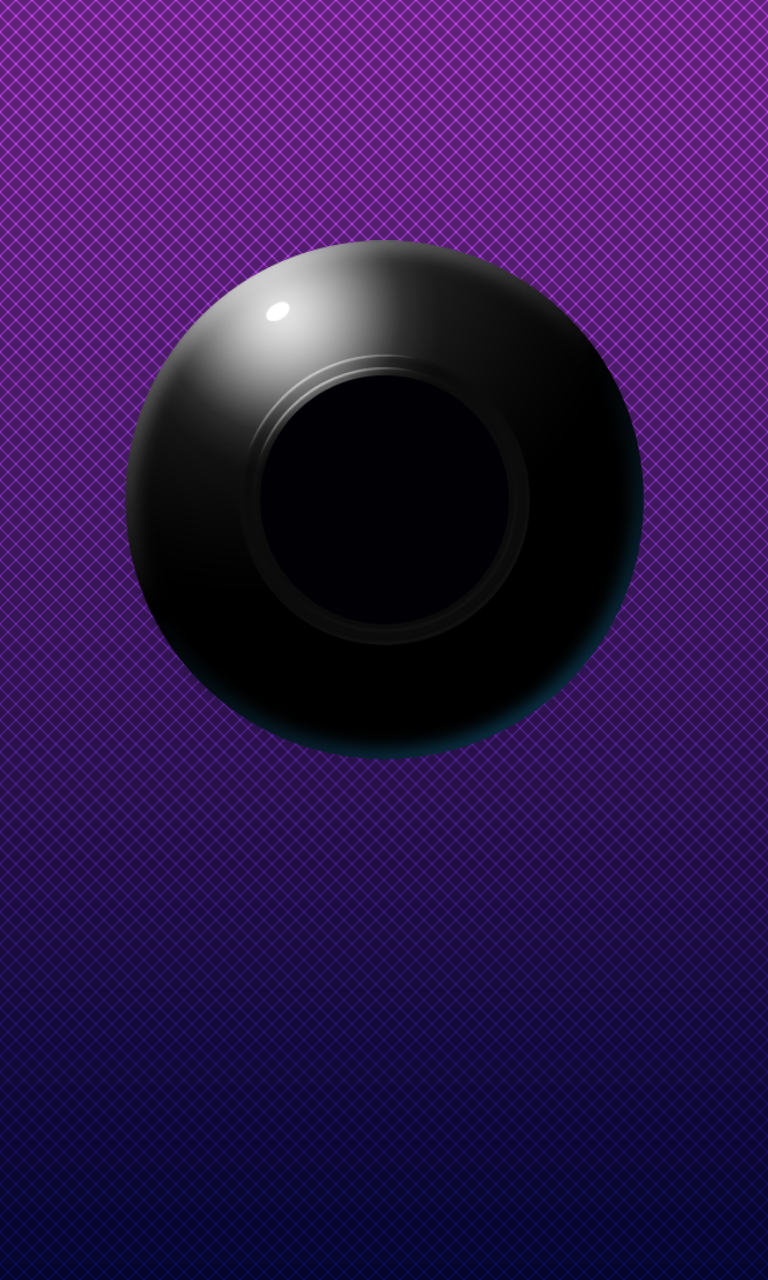
Repository: LimHeeJho/masicBall
Layout: MagicBall/res/layout/activity_main.xml
The author's editor kept a copy of each file at every save. The layout is drawn from the files as they stood at one save, then again after the next save.
It is drawn on a 768 x 1280 px phone screen (xhdpi) without system bars, with theme AppTheme; the app's code is not run.

Above is the layout before, as saved 2013-07-17 08:14:47.

After the next save:
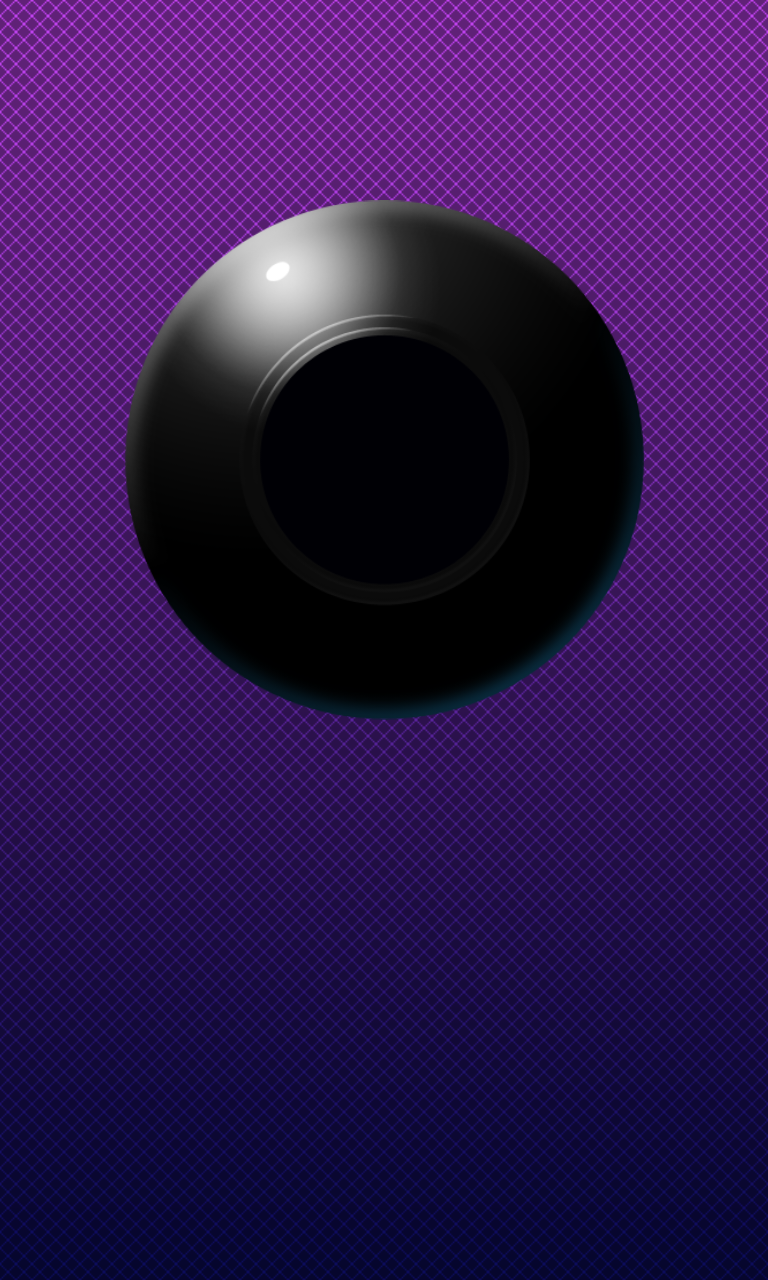
Saved 15 s later.
--- a/MagicBall/res/layout/activity_main.xml
+++ b/MagicBall/res/layout/activity_main.xml
@@ -14,7 +14,7 @@
         <RelativeLayout
             android:layout_width="260dp"
             android:layout_height="300dp"
-            android:layout_marginTop="100dp"
+            android:layout_marginTop="80dp"
             android:layout_centerHorizontal="true"
              >
 
